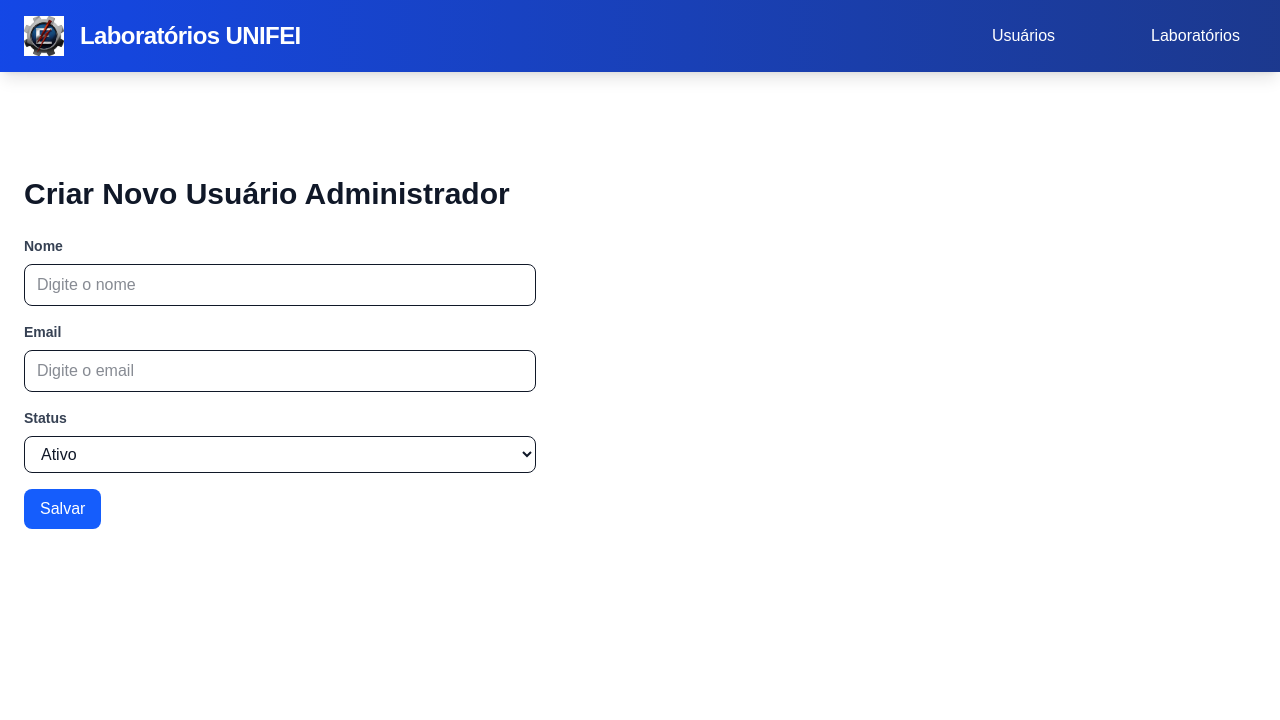
Repository: fabianosevla/gestao-labs
Page: /labs/users/admin/create (app in lab-management-system/)
These files come from the project's save history. The page is drawn as it stood at one moment and after the next save; the edit follows.
The browser window is 1280 px wide. The pictures show the whole page.
The page's requests for data from a server got no answer. The project was rebuilt for these pictures with package versions that can differ from the ones it lists, and the page was loaded fresh each time. The framework's server and built-in components were replaced by stand-ins that run in the browser. No one was signed in, and anything a server would have sent is missing. Also part of the build but not shown: lab-management-system/next.config.mjs.

Above is the page before, as saved 2025-05-13 17:04:19.

After the next save:
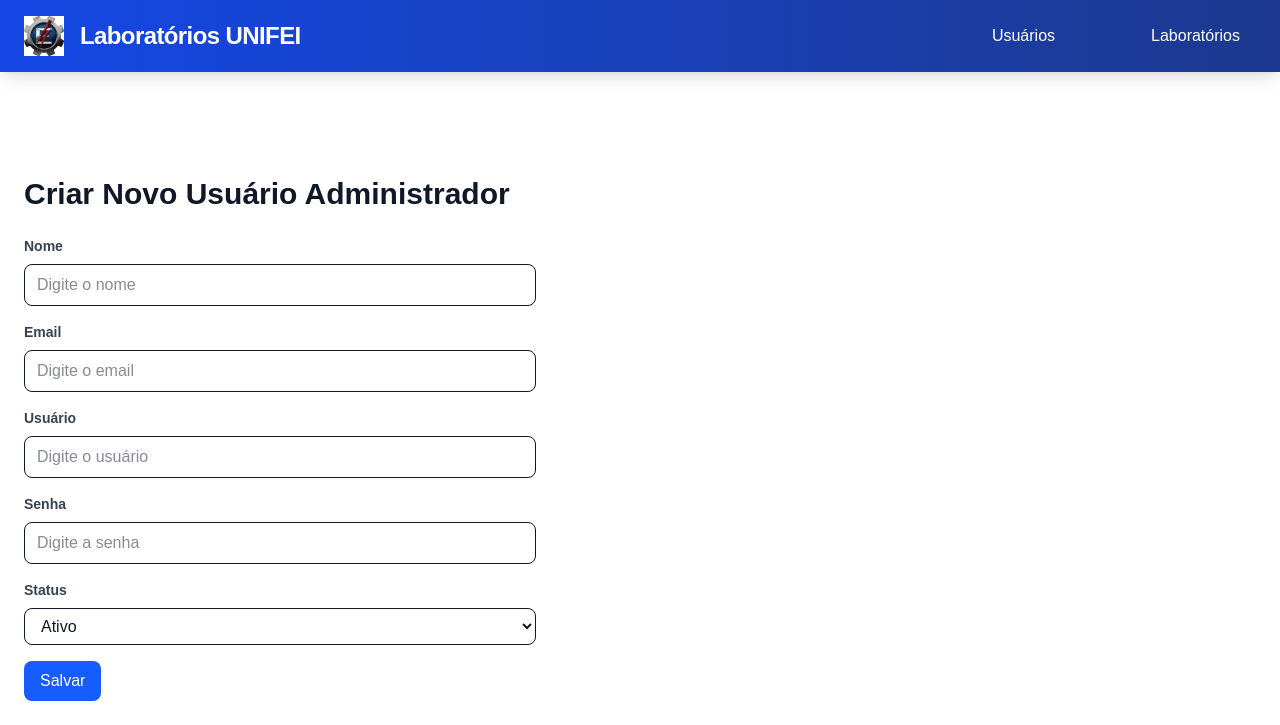
Saved 2 min 23 s later.
--- a/lab-management-system/app/labs/users/admin/create/page.js
+++ b/lab-management-system/app/labs/users/admin/create/page.js
@@ -10,6 +10,8 @@ export default function CreateAdminUser() {
     const [formData, setFormData] = useState({
         name: "",
         email: "",
+        username: "",
+        password: "",
         status: "ativo",
     });
 
@@ -25,11 +27,13 @@ export default function CreateAdminUser() {
         const newUser = {
             name: formData.name,
             email: formData.email,
+            username: formData.username,
+            password: formData.password, // Armazenado como texto simples (recomenda-se hash no backend)
             status: formData.status,
         };
 
         await addAdminUser(newUser);
-        await refreshAdminUsers(); // Recarrega os dados do banco
+        await refreshAdminUsers();
         router.push("/labs/users/admin");
     };
 
@@ -72,6 +76,36 @@ export default function CreateAdminUser() {
                     />
                 </div>
                 <div className="mb-4">
+                    <label className="block text-gray-700 text-sm font-bold mb-2" htmlFor="username">
+                        Usuário
+                    </label>
+                    <input
+                        type="text"
+                        id="username"
+                        value={formData.username}
+                        onChange={handleChange}
+                        className="w-full px-3 py-2 border rounded-lg focus:outline-none focus:ring-2 focus:ring-blue-500 text-gray-900"
+                        placeholder="Digite o usuário"
+                        required
+                        autoComplete="username"
+                    />
+                </div>
+                <div className="mb-4">
+                    <label className="block text-gray-700 text-sm font-bold mb-2" htmlFor="password">
+                        Senha
+                    </label>
+                    <input
+                        type="password"
+                        id="password"
+                        value={formData.password}
+                        onChange={handleChange}
+                        className="w-full px-3 py-2 border rounded-lg focus:outline-none focus:ring-2 focus:ring-blue-500 text-gray-900"
+                        placeholder="Digite a senha"
+                        required
+                        autoComplete="new-password"
+                    />
+                </div>
+                <div className="mb-4">
                     <label className="block text-gray-700 text-sm font-bold mb-2" htmlFor="status">
                         Status
                     </label>
